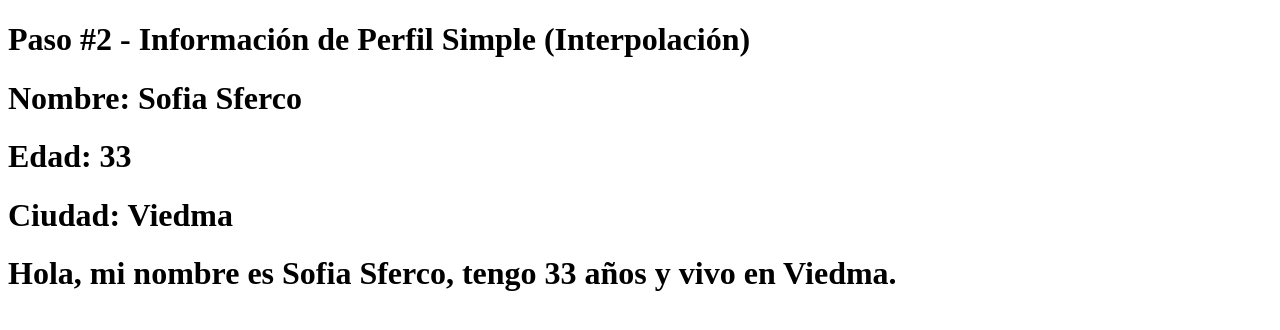
Repository: SofiaSferco/PWA-2026
Page: practico01/index.html
An editor plug-in stored every save of this project. The page is shown before and after a run of saves, followed by the edit.
The browser window is 1280 px wide. The pictures show the whole page.

Above is the page before, as saved 2026-09-10 00:13:22.

After the next 3 saves:
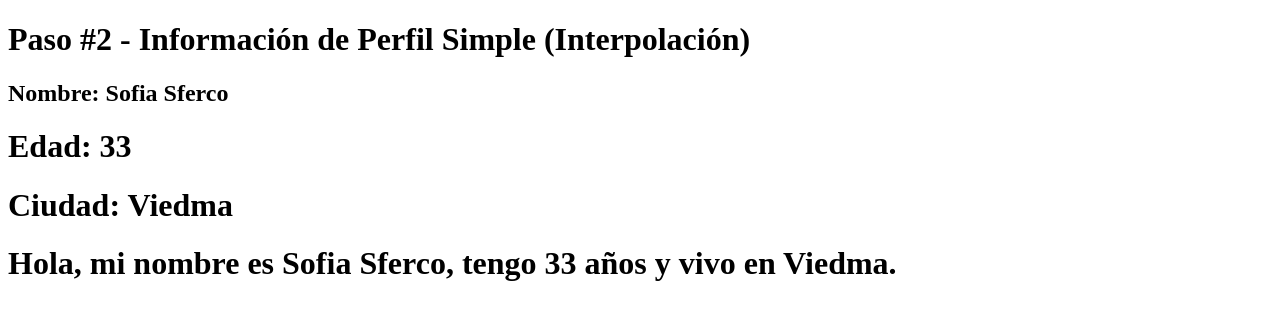
The 3 saves are shown as one change because they came seconds apart.
The last was saved 9 s later.
--- a/practico01/index.html
+++ b/practico01/index.html
@@ -8,7 +8,7 @@
 <body>
     <div id="app">
         <h1>Paso #2 - Información de Perfil Simple (Interpolación)</h1>
-        <h1>Nombre: {{nombre}}</h1>
+        <h2>Nombre: {{nombre}}</h2>
         <h1>Edad: {{edad}}</h1>
         <h1>Ciudad: {{ciudad}}</h1>
         <h1>Hola, mi nombre es {{nombre}}, tengo {{edad}} años y vivo en {{ciudad}}.</h1>
